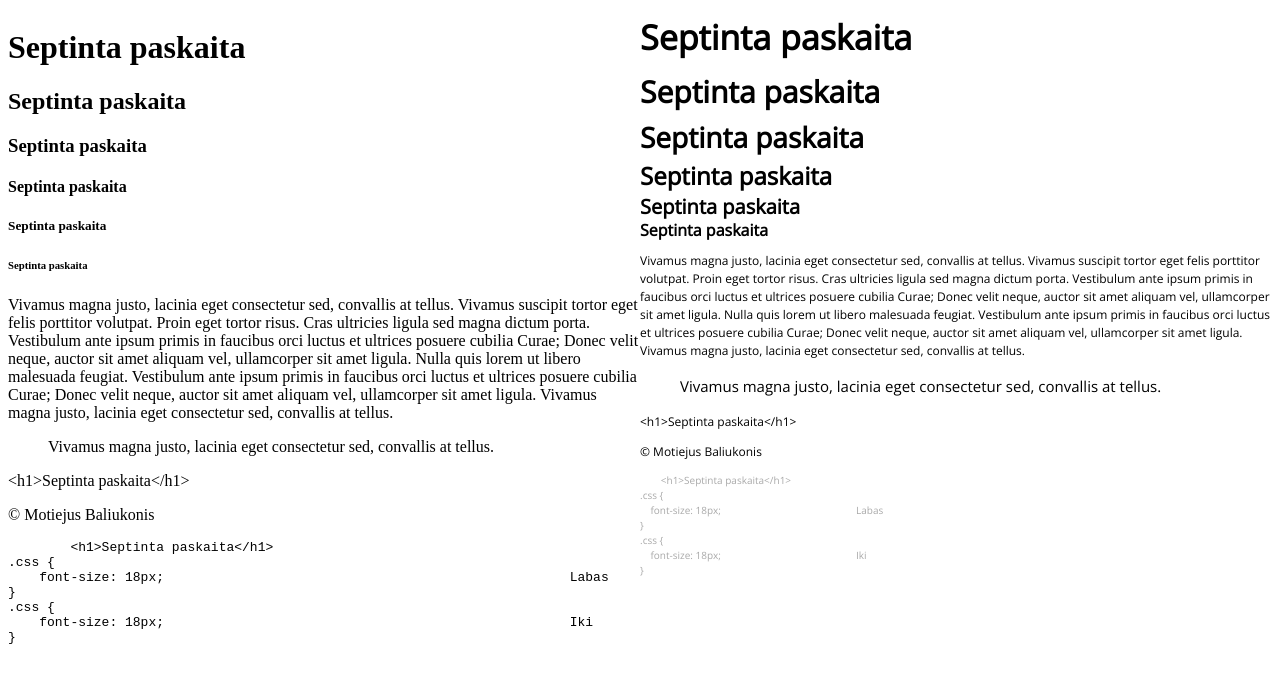
Repository: motiejus1/07-paskaita-05.31
Page: index.html
These files come from the project's save history. The page is drawn as it stood at one moment and after a run of saves; the edit follows.
The browser window is 1280 px wide. The pictures show the whole page.

Above is the page before, as saved 2021-06-10 20:34:25.

After the next 2 saves:
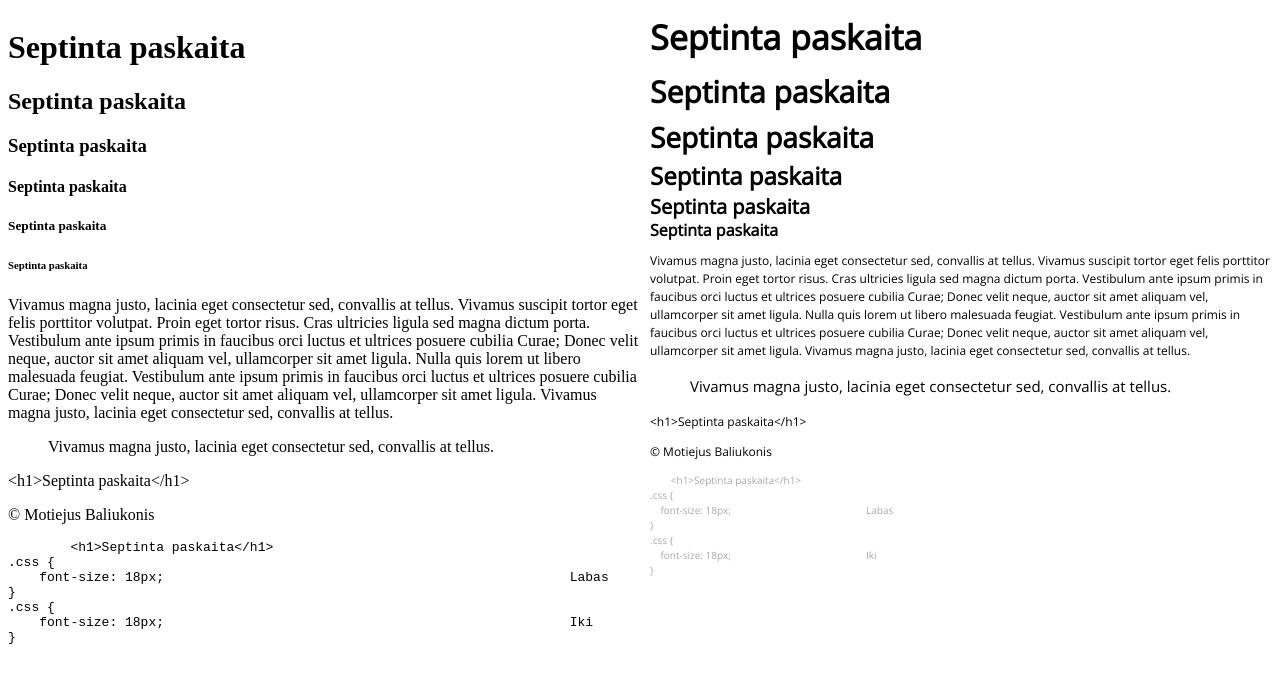
The 2 saves are shown as one change because they came seconds apart.
The last was saved 5 min 20 s later.
--- a/index.html
+++ b/index.html
@@ -78,6 +78,9 @@
             line-height: 1.5;
             font-weight: 400;
         }
+        .right-container {
+            padding-left: 10px;
+        }
 
     </style>
 </head>
